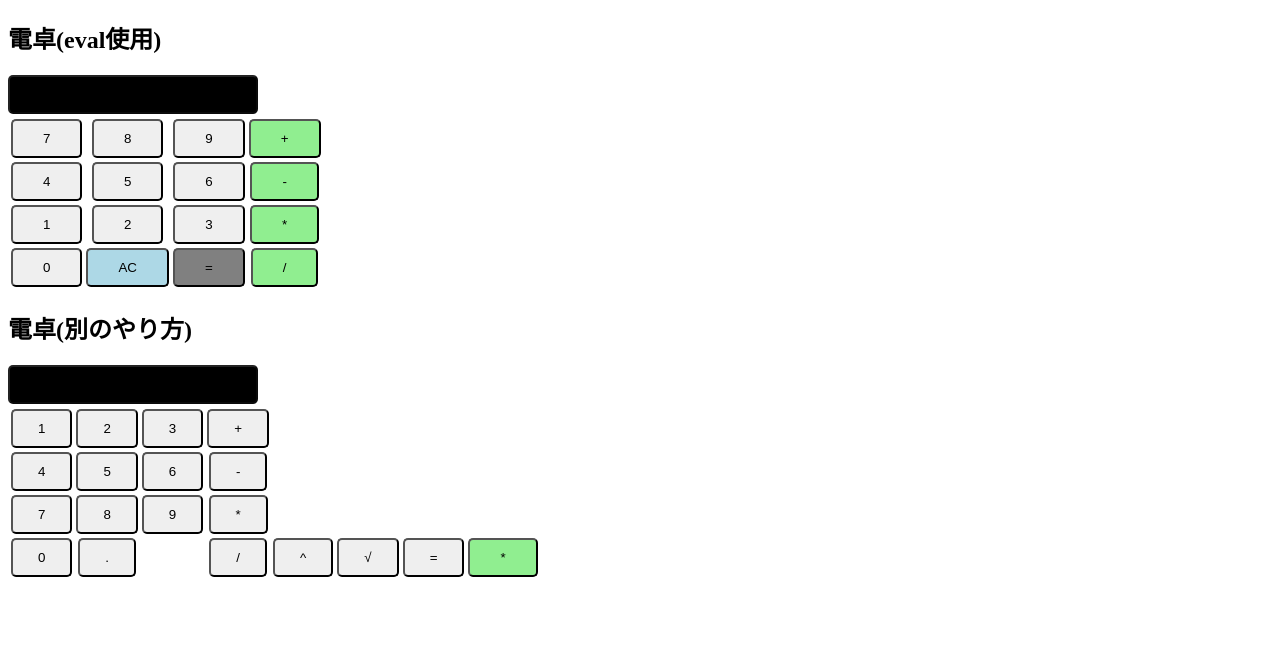
Repository: syokaturyou/potepan
Page: dentaku.html
The author's editor kept a record of every edit. The page is drawn from the files as they stood at one moment, then again after the next edit.
The browser window is 1280 px wide. The pictures show the whole page.

Above is the page before.

After the next edit:
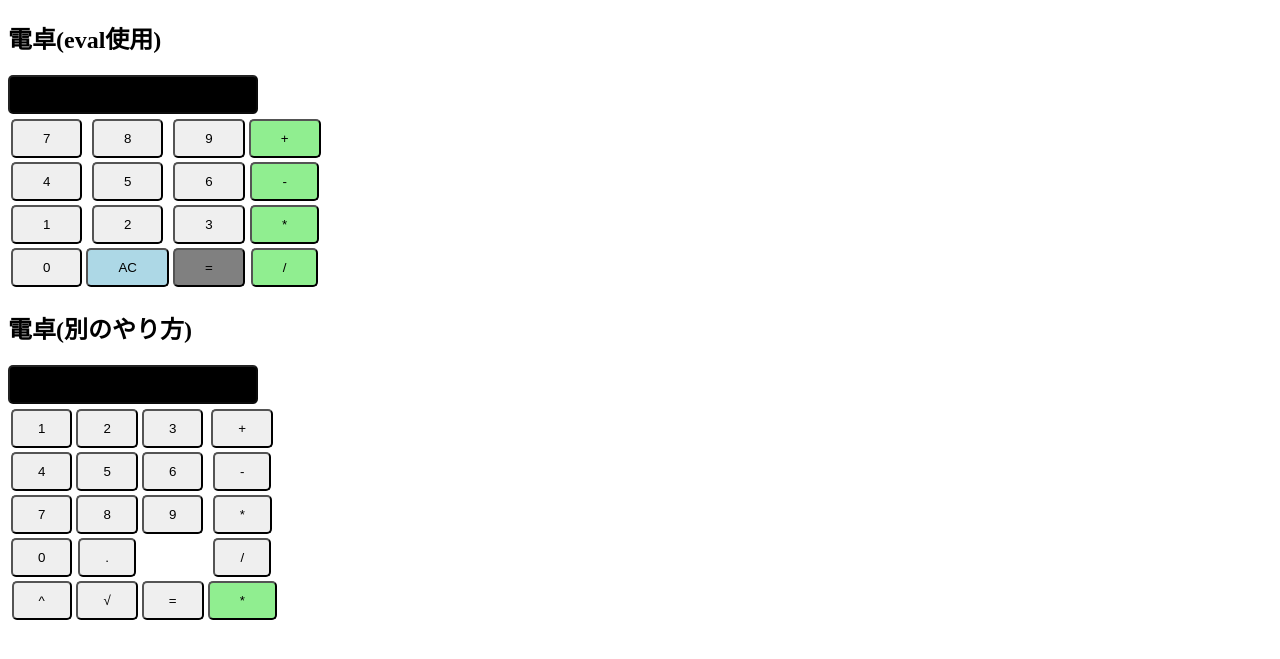
The edit:
--- a/dentaku.html
+++ b/dentaku.html
@@ -76,7 +76,7 @@
             <th><button onclick="append( '.' )" >.</button></th>
             <th></th>
             <th><button onclick="append( '/' )" >/</button></th>
-
+          </tr>
             <th><button onclick="append( '**' )" >^</button></th>
             <th><button onclick="append( '**0.5' )" >√</button></th>
 
